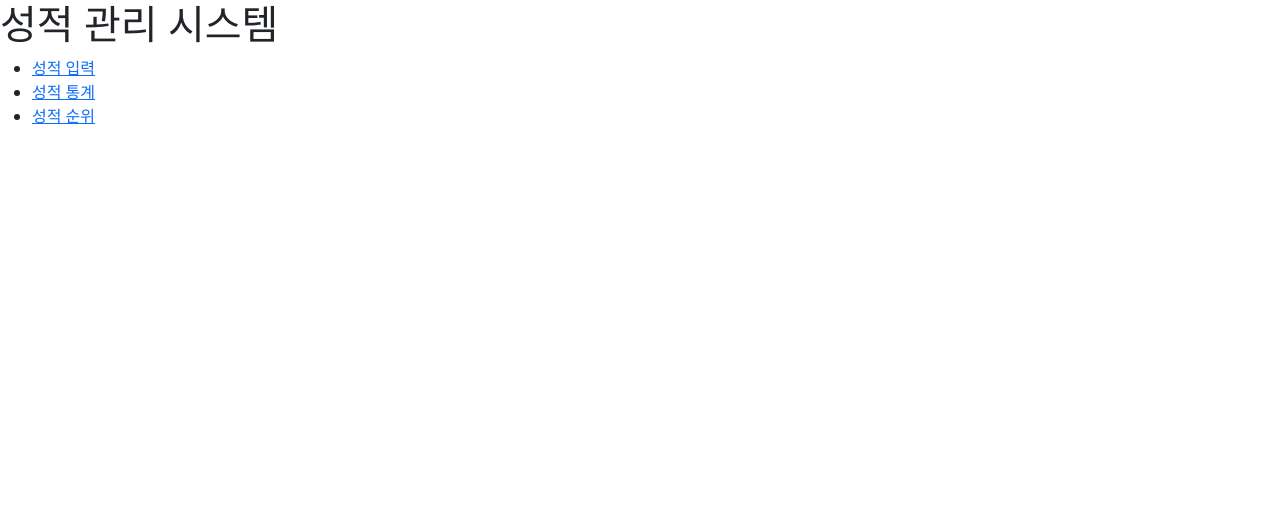
Repository: ddihn/practice-spring
Page: http://localhost/lab0610/
These files come from the project's save history. The page is drawn as it stood at one moment and after the next save; the edit follows.
The browser window is 1280 px wide. The pictures show the whole page.
The page is served by Tomcat 9. Other server files are loaded and not shown.

Above is the page before, as saved 2025-06-10 05:48:38.

### lab0610/src/main/webapp/WEB-INF/views/index.jsp
<%@ page language="java" contentType="text/html; charset=UTF-8"
    pageEncoding="UTF-8"%><!DOCTYPE html>
<html>
<head>
  <meta charset="UTF-8">
  <title>성적 관리 시스템</title>
  <!-- 모든 JSP 파일의 <head>에 공통으로 포함 -->
<link href="https://cdn.jsdelivr.net/npm/bootstrap@5.3.0/dist/css/bootstrap.min.css" rel="stylesheet">

</head>
<body>
  <h1>성적 관리 시스템</h1>
  <ul>
    <li><a href="/lab0610/insert">성적 입력</a></li>
    <li><a href="/lab0610/statics">성적 통계</a></li>
    <li><a href="/lab0610/rank">성적 순위</a></li>
  </ul>
</body>
</html>

After the next save:
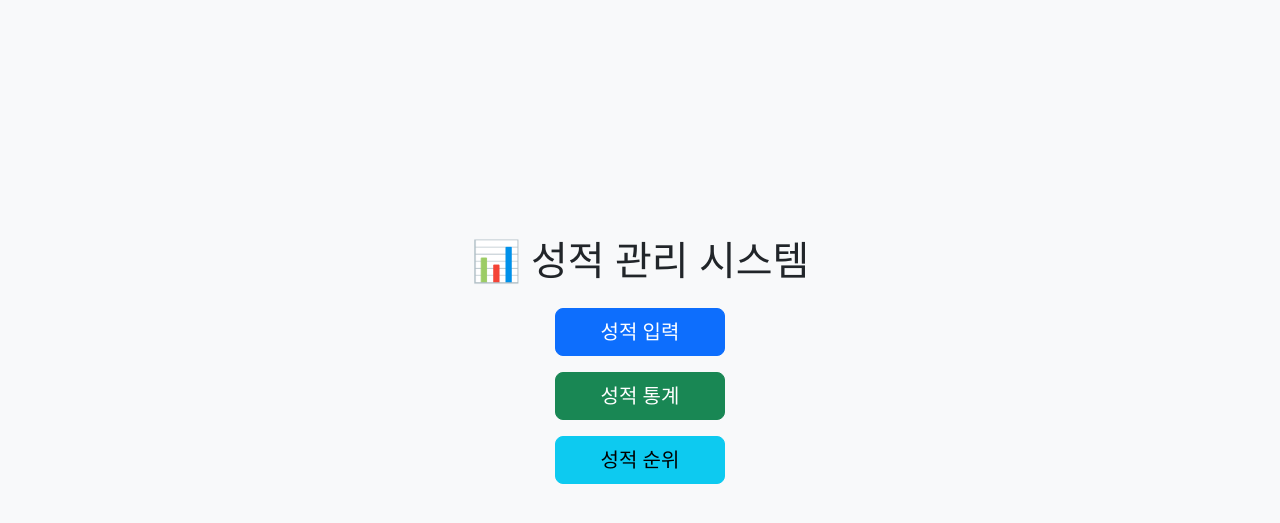
Saved 19 s later.
--- a/lab0610/src/main/webapp/WEB-INF/views/index.jsp
+++ b/lab0610/src/main/webapp/WEB-INF/views/index.jsp
@@ -1,19 +1,19 @@
-<%@ page language="java" contentType="text/html; charset=UTF-8"
-    pageEncoding="UTF-8"%><!DOCTYPE html>
+<%@ page language="java" contentType="text/html; charset=UTF-8" pageEncoding="UTF-8"%>
+<!DOCTYPE html>
 <html>
 <head>
   <meta charset="UTF-8">
   <title>성적 관리 시스템</title>
-  <!-- 모든 JSP 파일의 <head>에 공통으로 포함 -->
-<link href="https://cdn.jsdelivr.net/npm/bootstrap@5.3.0/dist/css/bootstrap.min.css" rel="stylesheet">
-
+  <link href="https://cdn.jsdelivr.net/npm/bootstrap@5.3.0/dist/css/bootstrap.min.css" rel="stylesheet">
 </head>
-<body>
-  <h1>성적 관리 시스템</h1>
-  <ul>
-    <li><a href="/lab0610/insert">성적 입력</a></li>
-    <li><a href="/lab0610/statics">성적 통계</a></li>
-    <li><a href="/lab0610/rank">성적 순위</a></li>
-  </ul>
+<body class="d-flex flex-column justify-content-center align-items-center min-vh-100 bg-light">
+  <div class="text-center">
+    <h1 class="mb-4">📊 성적 관리 시스템</h1>
+    <div class="d-grid gap-3 col-6 mx-auto">
+      <a href="/lab0610/insert" class="btn btn-primary btn-lg">성적 입력</a>
+      <a href="/lab0610/statics" class="btn btn-success btn-lg">성적 통계</a>
+      <a href="/lab0610/rank" class="btn btn-info btn-lg">성적 순위</a>
+    </div>
+  </div>
 </body>
 </html>
